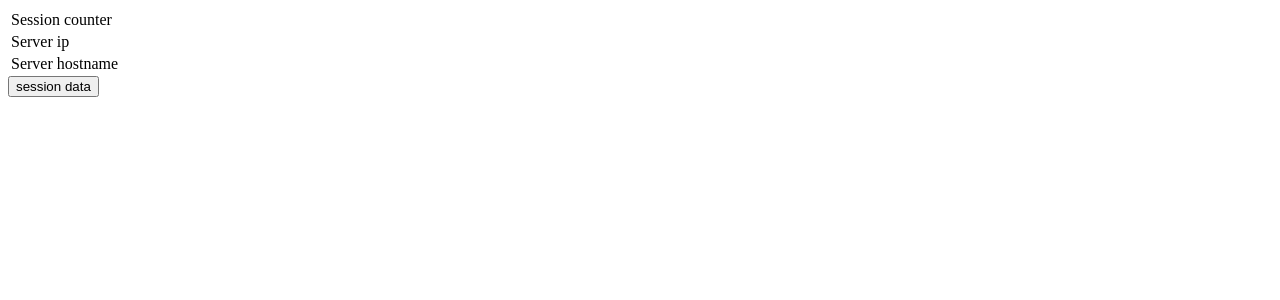
Repository: centraltechhub/DemoApplications
Page: sessionwebapp/src/main/webapp/ServerDetails.html
An editor plug-in stored every save of this project. The page is shown before and after the next save, followed by the edit.
The browser window is 1280 px wide. The pictures show the whole page.
Some web libraries are served in a nearby version.

Above is the page before, as saved 2022-11-24 07:18:37.
Console error (its wording comes from the project's code and is left out).
Not found: sessionwebapp/src/main/webapp/SystemDetails.css

### sessionwebapp/src/main/webapp/ServerDetails.html
<html>
<head>
<meta charset="ISO-8859-1">
<title>Insert title here</title>
<link href="SystemDetails.css" rel="stylesheet" type="text/css">
</head>
<script src="https://ajax.googleapis.com/ajax/libs/angularjs/1.6.9/angular.min.js"></script>
<script src="ServerDetails.js"></script>

<body>
<div ng-app="ServerModule" ng-controller="ServerController">

<table>
<tr  >
<td>Session counter</td>
<td  ng-bind="server.sessionCounter" />

<tr>
<td>Server ip</td>
<td ng-bind="server.ip" />
</tr>

<tr>
<td>Server hostname</td>
<td ng-bind="server.hostname" />

</tr>
</table>
<input type="button" ng-click="alertData()" value="session data" />
</div>
</body>
</html>

### sessionwebapp/src/main/webapp/ServerDetails.js
var serverFunction = function($scope, $http)
{
        $scope.server={"sessionCounter":"", "ip":"","hostname":""};


        $scope.alertData = function()
        {
                var httpcall = $http.get("SystemDetails");
                httpcall.then(retval);
        };

        var retval=function(response)
        {


         $scope.server=response.data;


        };

};

### sessionwebapp/src/main/webapp/ServerDetails.css
table
{
       margin: 5px;
       width: 50%;
       color: white;
       font:bold;
       background: black;

}

td
{
        width: 100px;
}

tr
{
        height: 30px;
}

After the next save:
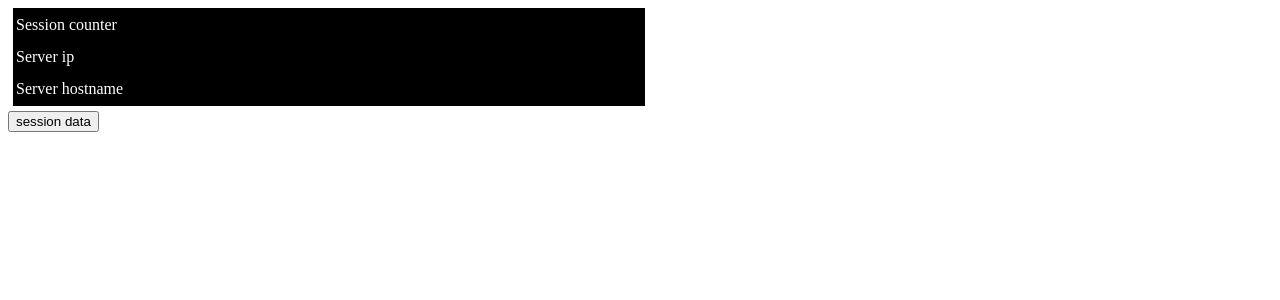
Saved 3 min 11 s later.
--- a/sessionwebapp/src/main/webapp/ServerDetails.html
+++ b/sessionwebapp/src/main/webapp/ServerDetails.html
@@ -2,7 +2,7 @@
 <head>
 <meta charset="ISO-8859-1">
 <title>Insert title here</title>
-<link href="SystemDetails.css" rel="stylesheet" type="text/css">
+<link href="ServerDetails.css" rel="stylesheet" type="text/css">
 </head>
 <script src="https://ajax.googleapis.com/ajax/libs/angularjs/1.6.9/angular.min.js"></script>
 <script src="ServerDetails.js"></script>
